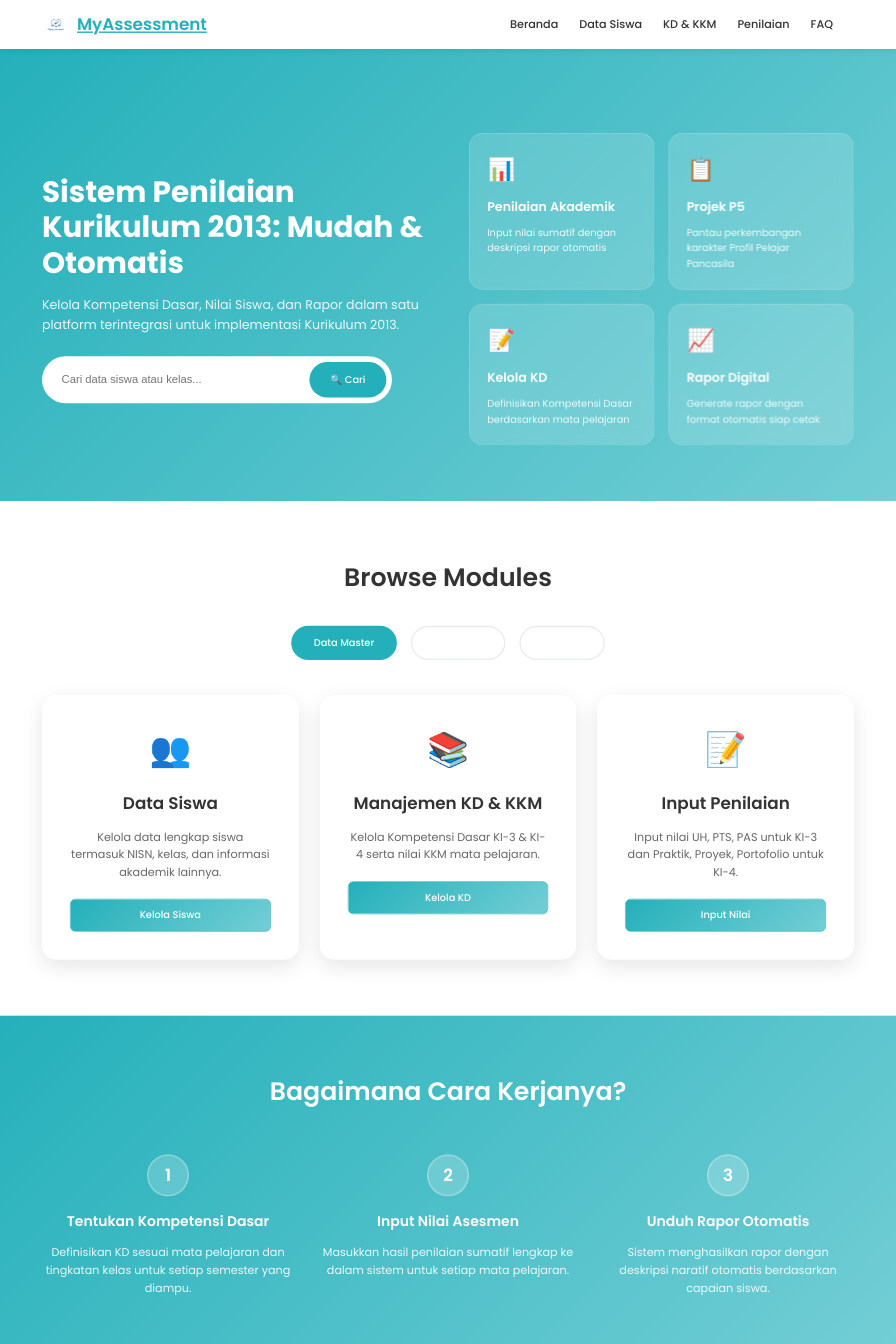
Repository: Ws529/MyAssassment_Final
Page: MyAssessment/wwwroot/index.html
The author's editor kept a copy of each file at every save. The page is drawn from the files as they stood at one save, then again after the next save.
The browser window is 1280 px wide. The pictures show the part of the page from y = 0 to 1920 px (the page is 2999 px tall), at 70% of full size.

Above is the page before, as saved 2026-01-01 14:27:53.

After the next save:
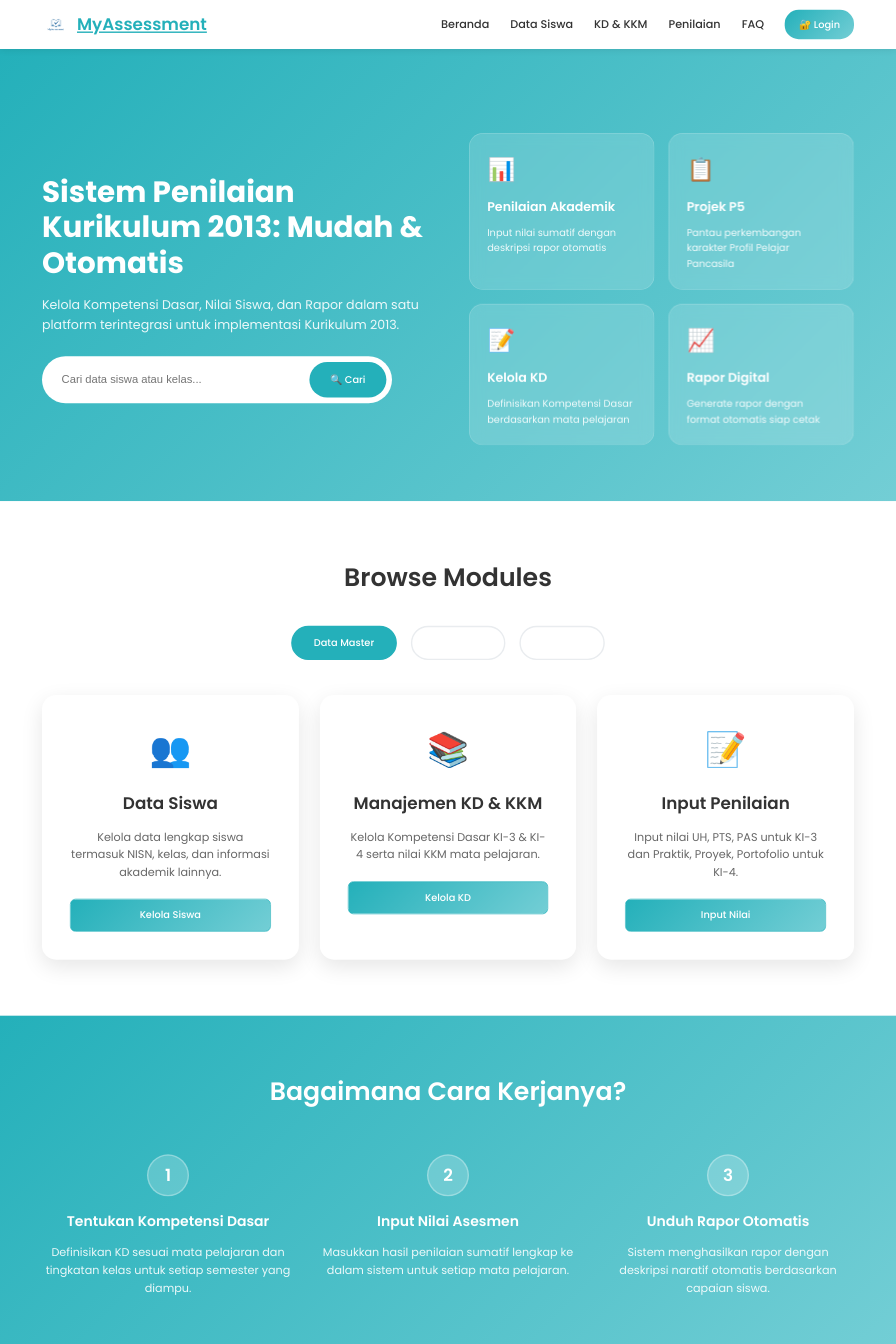
Saved 20 s later.
--- a/MyAssessment/wwwroot/index.html
+++ b/MyAssessment/wwwroot/index.html
@@ -306,6 +306,39 @@
     </footer>
 
     <script>
+        // Session Management
+        function checkUserSession() {
+            const session = localStorage.getItem('userSession') || sessionStorage.getItem('userSession');
+            const userMenu = document.getElementById('userMenu');
+
+            if (session) {
+                const data = JSON.parse(session);
+                if (data.user) {
+                    const initials = data.user.namaLengkap.split(' ').map(n => n[0]).join('').substring(0, 2).toUpperCase();
+                    userMenu.innerHTML = `
+                        <div class="user-info">
+                            <div class="user-avatar">${initials}</div>
+                            <span>${data.user.namaLengkap}</span>
+                        </div>
+                        <a href="pengaturan.html" class="btn-neon btn-neon-primary btn-neon-sm">⚙️</a>
+                        <button class="btn-logout" onclick="logout()">Keluar</button>
+                    `;
+                    return;
+                }
+            }
+
+            userMenu.innerHTML = `<a href="login.html" class="btn-login-nav">🔐 Login</a>`;
+        }
+
+        function logout() {
+            localStorage.removeItem('userSession');
+            sessionStorage.removeItem('userSession');
+            window.location.href = 'login.html';
+        }
+
+        // Initialize on page load
+        document.addEventListener('DOMContentLoaded', checkUserSession);
+
         // FAQ Toggle
         function toggleFaq(element) {
             const faqItem = element.parentElement;
